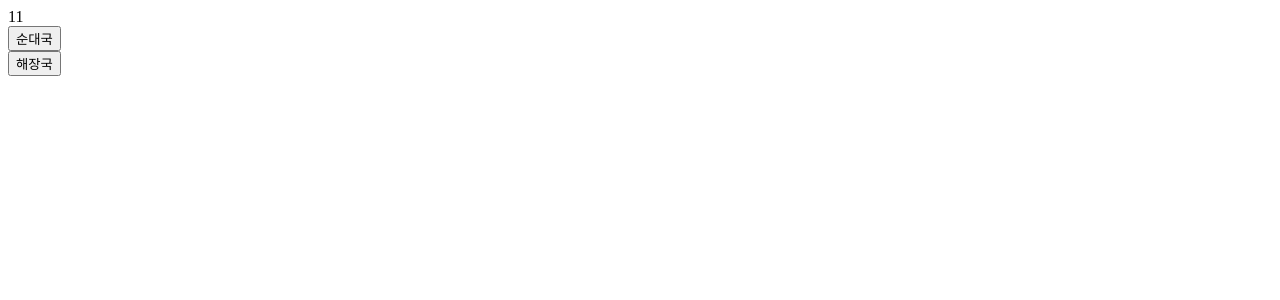
Repository: IT-magician/Restaurant-Simulation
Page: index.html
An editor plug-in stored every save of this project. The page is shown before and after the next save, followed by the edit.
The browser window is 1280 px wide. The pictures show the whole page.

Above is the page before, as saved 2023-11-14 20:18:29.

### index.html
<!DOCTYPE html>
<html lang="ko-kr">
  <head>
    <meta charset="UTF-8" />
    <meta name="viewport" content="width=device-width, initial-scale=1.0" />
    <title>Document</title>
  </head>
  <body>
    <div class="kiosk">
      <div class="banner">
        <div class="ad-display"></div>
        <div class="progress-display"></div>
      </div>
      <div class="order">
        <div class="food">
          <div class="aa">11</div>
          <input type="button" value="순대국" />
        </div>
        <div class="food"><input type="button" value="해장국" /></div>
      </div>
    </div>
    <div class="order-display">
      <div id="waiting"></div>
      <div id="cooking"></div>
      <div id="serving"></div>
    </div>

    <!-- <script type="module" src="./js/food.js"></script>
    <script type="module" src="./js/machinesOfManaingeStore.js"></script>
    <script type="module" src="./js/staff.js"></script> -->
    <script src="./js/main.js" type="module"></script>
  </body>
</html>

### js/main.js
import {
  GeneralModelOfOrderManager,
  Kiosk,
} from "./MachinesOfManaingeStore.js";
import { Cooker, Waiter } from "./staff.js";

function displayDrawerFunc(orderInfoList, name = null) {
  console.log("------------------");
  console.log(name, orderInfoList);
  console.log("------------------");
  let orderWaitingTrHTML = "";
  let orderCookingTrHTML = "";
  let orderServingTrHTML = "";

  for (let orderInfo of orderInfoList) {
    console.log(orderInfo, name);

    const tr = `<div class="order-display-item">
                    <div>${orderInfo.food.getFoodName()}{</div>
                    <div>${orderInfo.orderNumber}{</div>
                    <div>${orderInfo.statusName}{</div>
                </div>`;

    switch (orderInfo.statusName) {
      case "대기중":
        orderWaitingTrHTML += tr;
        break;
      case "요리중":
        orderCookingTrHTML += tr;
        break;
      case "서빙중":
        orderServingTrHTML += tr;
        break;
    }
  }
}

const cookers = [new Cooker(), new Cooker()];
const waiters = [new Waiter(1), new Waiter(2)];
const orderManager = new GeneralModelOfOrderManager(
  cookers,
  waiters,
  displayDrawerFunc
);
const kiosk = new Kiosk(orderManager);

const kioskElement = document.querySelector(".kiosk");
const orderListBtns = kioskElement.querySelector(".order");

orderListBtns.addEventListener("click", (e) => {
  const element = e.target.parentNode.querySelector("input[type=button]");
  const orderFoodName = element.value;

  switch (orderFoodName) {
    case "순대국":
      kiosk.orderSundaeSoop();
      break;
    case "해장국":
      kiosk.orderSoopForHangingOver();
      break;
  }
});

### js/MachinesOfManaingeStore.js
import { Food, sundaeSoop, SoopForHangingOver } from "./food.js";

/**
 * OrderManger는 1:1, 1:N 모두가 될 수 있음. 1:1은 자기자신, 1:N인 경우는 메인-워커쓰레드처럼 자기 자신이 로드밸런서 역할을 하는 것으로 설계했음.
 */
class OrderManager {
  #orderList = [];
  #waitingCookers = [];
  #displayDrawerFunc;
  #waitingWaiters = [];

  #uuid = 1;

  constructor(waitingCookers, waitingWaiters, displayDrawerFunc) {
    if (waitingCookers.length == 0 || waitingWaiters.length == 0)
      throw new Error("각각의 요리사나 웨이터는 한명 이상이어야합니다.");

    this.#waitingCookers = waitingCookers;
    this.#waitingWaiters = waitingWaiters;
    this.#displayDrawerFunc = displayDrawerFunc;
  }

  #update(uuid, progressStatusName) {
    const idx = this.#orderList.findIndex((item) => item.orderNumber === uuid);

    if (idx !== -1) this.#orderList[0].statusName = progressStatusName;

    // console.log(
    //   idx,
    //   this.#orderList,
    //   this.#orderList[0],
    //   uuid,
    //   progressStatusName
    // );
    this.#displayDrawerFunc(this.#orderList, progressStatusName);
  }

  /**
   *
   * @param {int} orderUniqueNumber
   */
  /*virtual */ pop(orderUniqueNumber) {
    let removedItemIdx = this.#orderList.findIndex(
      (item) => item.orderNumber === orderUniqueNumber
    );

    if (removedItemIdx === -1) return null;

    let removedItem = this.#orderList[removedItemIdx];

    this.#orderList = this.#orderList.filter(
      (item) => item.orderNumber !== orderUniqueNumber
    );

    return removedItem;
  }

  /**
   *
   * @param {Food} food
   * @returns 주문번호
   */
  /*virtual */ append(food) {
    let uuid = this.#generateUUID();

    let orderInfo = {
      food,
      orderNumber: uuid,
      statusName: null,
    };
    this.#orderList.push(orderInfo);
    this.#update(uuid, "대기");

    const waitingCooker = async function (staff) {
      let result = null;
      const maxWatchTime = 1000 * 3600; // 1hour
      let watchTime = 0;
      let interval = 100;

      await new Promise((resolve, reject) => {
        const checker = window.setInterval(() => {
          watchTime += interval;
          if (interval >= maxWatchTime) clearInterval(checker);

          if (staff.length > 0) {
            clearInterval(checker);
            resolve(staff.shift());
          }
        }, interval);
      }).then((_staff) => {
        result = _staff;
      });

      return result;
    };

    new Promise(async (resolve, reject) => {
      let cooker = await waitingCooker(this.#waitingCookers);

      cooker.setProgressWaitingTime(
        cooker.getProgressLevel("요리중"),
        food.getRequiredCookTime()
      );

      if (cooker.getCurrentProgressLevel() > 0) cooker.resetProgress();

      /// 데이터 변경 + Dom트리에 요리중으로 수정
      await this.#update(uuid, "요리중");

      // 요리사 queue에서 꺼내와서 일시켜 + 동기화 진행
      for (
        let progressLevel = 1;
        progressLevel <= cooker.getMaxProgressLevel();
        progressLevel++
      ) {
        await cooker.doCurrentProgress();
      }

      /// 데이터 변경 + Dom트리에 요리중으로 수정
      this.#update(uuid, "대기중");

      // 일끝났으면 다시 queue에 집어넣어
      this.#waitingCookers.push(cooker);

      resolve();
    }).then(async () => {
      let waiter = await waitingCooker(this.#waitingWaiters);

      if (waiter.getCurrentProgressLevel() > 0) waiter.resetProgress();

      /// 데이터 변경 + Dom트리에 요리중으로 수정
      this.#update(uuid, "서빙중");

      for (
        let progressLevel = 1;
        progressLevel <= waiter.getMaxProgressLevel();
        progressLevel++
      ) {
        await waiter.doCurrentProgress();
      }
      alert("adsfasdfjasdhflkasjdkfls,lkdfklsajlkdfjlsdflkasjdlikf");
      // 일끝났으면 다시 queue에 집어넣어
      this.#waitingWaiters.push(waiter);

      this.pop(uuid);
      this.#update(uuid, "서빙완료");
    });

    return uuid;
  }

  /**
   *
   * @param {int} orderUniqueNumber
   * @param {string} statusName
   */
  setProgressStatus(orderUniqueNumber, statusName) {
    this.#orderList.find(
      (item) => item.orderNumber === orderUniqueNumber
    ).statusName = statusName;
  }
  /*virtual*/
  #generateUUID() {
    return this.#uuid++;
  }
}

class GeneralModelOfOrderManager extends OrderManager {}
class MainThreadOfOrderManagerModel extends OrderManager {} // cooming soon!
class WorkerThreadOfOrderManagerModel extends OrderManager {} // cooming soon!

class Kiosk {
  #orderManager;

  /**
   *
   * @param {OrderManager} orderManager
   */
  constructor(orderManager) {
    this.#orderManager = orderManager;
  }

  orderSundaeSoop() {
    return this.#order(new sundaeSoop());
  }

  orderSoopForHangingOver() {
    return this.#order(new SoopForHangingOver());
  }

  /**
   *
   * @param {Food} food
   * @returns
   */
  #order(food) {
    return this.#orderManager.append(food);
  }

  /**
   *
   * @param {int} orderUniqueNumber
   * @returns
   */
  cancel(orderUniqueNumber) {
    return this.#orderManager.pop(orderUniqueNumber);
  }
}

export { GeneralModelOfOrderManager, Kiosk };

### js/staff.js
class Staff {
  #progress_status_idx = 0;
  #progress_status_names = ["대기"];
  #progress_status_waiting_times = [0];
  #current_progress_left_time = 0;
  #check_progress_status_interval = 1000;

  /**
   *
   * @param {object - '작업이름':'걸리는 시간'} progress_status_info
   */
  constructor(progress_status_info) {
    if (
      progress_status_info instanceof Object === false ||
      progress_status_info.length < 1
    )
      throw new Error(
        "Invalid Argument - the progress status names's type must be object (key-value array) type and the length is more than zero."
      );

    const progressCount = progress_status_info.length;

    this.#progress_status_names = Array(progressCount);
    this.#progress_status_waiting_times = Array(progressCount);

    let i = 0;
    for (const [progress_name, progress_waiting_time] of Object.entries(
      progress_status_info
    )) {
      this.#progress_status_names[i] = progress_name;
      this.#progress_status_waiting_times[i] = progress_waiting_time;
      i++;
    }
  }

  resetProgress() {
    this.#progress_status_idx = 0;
  }

  jumpCurrentProgress() {
    return (this.#progress_status_idx =
      ++this.#progress_status_idx % this.#progress_status_names.length);
  }

  /**
   *
   * @returns {Promise|int} promise 객체나, (완료시) 작업했던 단계를 반환한다.
   */
  async doCurrentProgress() {
    return await new Promise((resolve, reject) => {
      setTimeout(() => {
        // if (progressLevel === 1) reject("대기상태에서는 아무 작업도 하지 않습니다.")
        this.jumpCurrentProgress();
        resolve(this.getCurrentProgressLevel());
      }, this.#progress_status_waiting_times[this.#progress_status_idx]);
    });

    const progressStatusInterval = getCheckProgressStatusInterval();
    const countDown = function () {
      const leftWaitingTime = Math.max(
        0,
        getCurrentProgressWaitingTime() - progressStatusInterval
      );
      setCurrentProgressWaitingTime(leftWaitingTime);

      return leftWaitingTime;
    };

    return new Promise((resolve, reject) => {
      setTimeout(() => {
        // if (progressLevel === 1) reject("대기상태에서는 아무 작업도 하지 않습니다.")

        const leftWaitingTime = countDown();

        resolve([leftWaitingTime, progressLevel]);
      }, progressStatusInterval);
    });
  }

  getMaxProgressLevel() {
    return this.#progress_status_names.length;
  }

  /**
   *
   * @param {int} progress_level : 찾고자하는 이름의 작업단계를 전달한다.
   * @returns {string} : 전달받은 작업단계의 작업이름을 반환한다.
   */
  getProgressName(progress_level) {
    return this.#progress_status_names[progress_level];
  }

  getProgressLevel(progress_name) {
    return (
      this.#progress_status_names.findIndex((item) => item === progress_name) +
      1
    );
  }
  /**
   *
   * @returns {string}
   */
  getCurrentProgressName() {
    return this.#progress_status_names[this.#progress_status_idx];
  }

  /**
   *
   * @returns {int}
   */
  getCurrentProgressLevel() {
    return this.#progress_status_idx + 1;
  }

  setProgressWaitingTime(progress_level, waiting_time) {
    if (
      progress_level < 1 ||
      progress_level > this.#progress_status_names.length
    )
      throw new Error("OutBoundError : Out Of Progress Level Range.");

    //
    // if (waiting_time < 0)
    //     throw new Error("the waiting time must be from 0 to infinite.");

    this.#progress_status_waiting_times[progress_level - 1] = waiting_time;
  }

  getCheckProgressStatusInterval() {
    return this.#check_progress_status_interval;
  }

  setCheckProgressStatusInterval(milliseconds) {
    this.#check_progress_status_interval = milliseconds;
  }

  //   getCurrentProgressWaitingTime() {
  //     return this.#current_progress_left_time;
  //   }

  #setCurrentProgressWaitingTime(left_time) {
    this.#current_progress_left_time = left_time;
  }
}

class Cooker extends Staff {
  constructor() {
    super({
      대기중: 0,
      요리중: -1,
    });
  }
}

class Waiter extends Staff {
  constructor(serving_work_time) {
    super({
      대기중: 0,
      서빙: serving_work_time,
    });
  }
}

export { Cooker, Waiter };

### js/food.js
class Food {
  #name;
  #cookTime;
  #origin = "대전광역시";

  constructor(name, cookTime) {
    this.#name = name;
    this.#cookTime = cookTime;
  }

  getFoodName() {
    return this.#name;
  }

  getRequiredCookTime() {
    return this.#cookTime;
  }
}

class sundaeSoop extends Food {
  constructor() {
    super("순대국", 5 * 1000);
  }
}

class SoopForHangingOver extends Food {
  constructor() {
    super("해장국", 2 * 1000);
  }
}

export { Food, sundaeSoop, SoopForHangingOver };

After the next save:
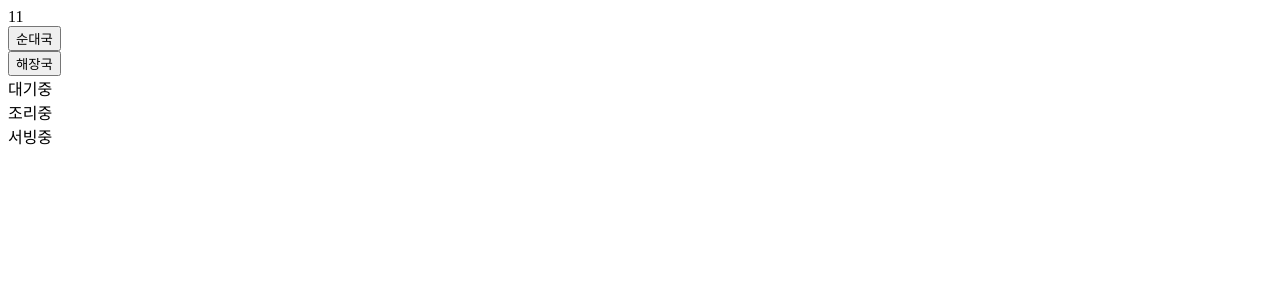
Saved 43 s later.
--- a/index.html
+++ b/index.html
@@ -20,8 +20,11 @@
       </div>
     </div>
     <div class="order-display">
+      대기중
       <div id="waiting"></div>
+      조리중
       <div id="cooking"></div>
+      서빙중
       <div id="serving"></div>
     </div>
 
